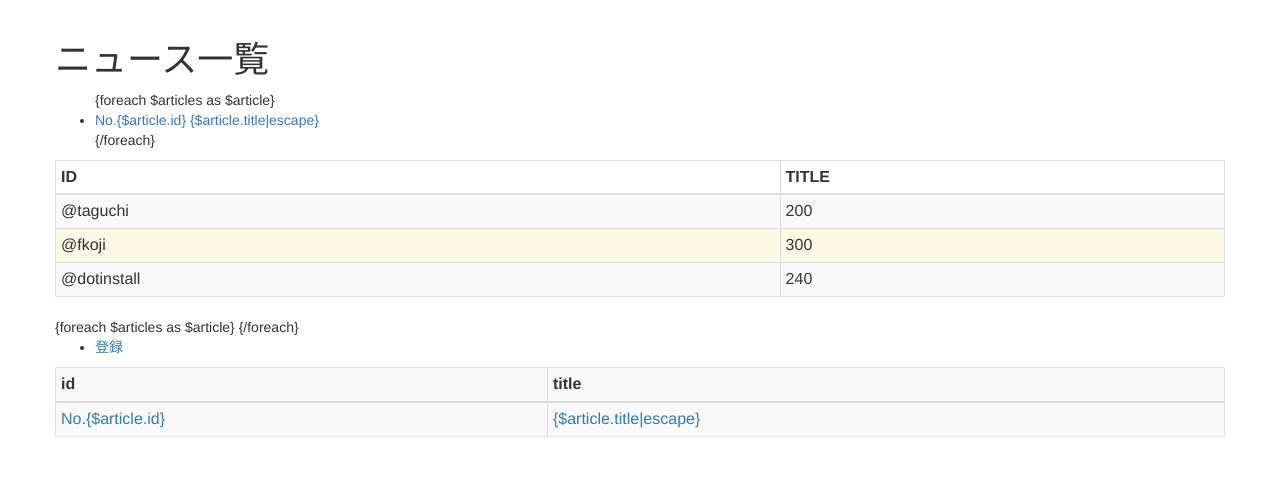
Repository: misakitaro/news-php-20160704-cl9
Page: templates/index.html
The author's editor kept a record of every edit. The page is drawn from the files as they stood at one moment, then again after the next edit.
The browser window is 1280 px wide. The pictures show the whole page.

Above is the page before.

### templates/index.html
<html lang="ja">

<head>
  <meta charset="utf-8">
  <title>ニュース</title>
  <!-- Latest compiled and minified CSS -->
  <link rel="stylesheet" href="https://maxcdn.bootstrapcdn.com/bootstrap/3.3.6/css/bootstrap.min.css" integrity="sha384-1q8mTJOASx8j1Au+a5WDVnPi2lkFfwwEAa8hDDdjZlpLegxhjVME1fgjWPGmkzs7" crossorigin="anonymous">
  <!-- Optional theme -->
  <link rel="stylesheet" href="https://maxcdn.bootstrapcdn.com/bootstrap/3.3.6/css/bootstrap-theme.min.css" integrity="sha384-fLW2N01lMqjakBkx3l/M9EahuwpSfeNvV63J5ezn3uZzapT0u7EYsXMjQV+0En5r" crossorigin="anonymous">
</head>

<body>
  <div class="container" style="padding:20px 0">
    <h1>ニュース一覧</h1>
    <ul>
      {foreach $articles as $article}
      <li><a href="view.php?id={$article.id}">No.{$article.id} {$article.title|escape}</a></li>
      {/foreach}
    </ul>

    <table class="table table-striped table-bordered table-hover table-condensed">
      <thead>
        <tr>
          <th>ID</th>
          <th>TITLE</th>
        </tr>
      </thead>
      <tbody>
        <tr>
          <td>@taguchi</td>
          <td>200</td>
        </tr>
        <tr class="warning">
          <td>@fkoji</td>
          <td>300</td>
        </tr>
        <tr>
          <td>@dotinstall</td>
          <td>240</td>
        </tr>
      </tbody>
    </table>

    <table class="table table-striped table-bordered table-hover table-condensed">
      <thread>
        <tr>
          <th>id</th>
          <th>title</th>
        </tr>
      </thread>
      <tbody>
        {foreach $articles as $article}
        <tr>
          <td><a href="view.php?id={$article.id}">No.{$article.id}</a></td>
          <td><a href="view.php?id={$article.id}"> {$article.title|escape}</a></td>
        </tr>
        {/foreach}
      </tbody>


      <ul>
        <li><a href="regist_form.php">登録</a></li>
      </ul>
  </div>
  <!-- jquery -->
  <script src="http://code.jquery.com/jquery.js"></script>
  <!-- Latest compiled and minified JavaScript -->
  <script src="https://maxcdn.bootstrapcdn.com/bootstrap/3.3.6/js/bootstrap.min.js" integrity="sha384-0mSbJDEHialfmuBBQP6A4Qrprq5OVfW37PRR3j5ELqxss1yVqOtnepnHVP9aJ7xS" crossorigin="anonymous"></script>
</body>

</html>

After the next edit:
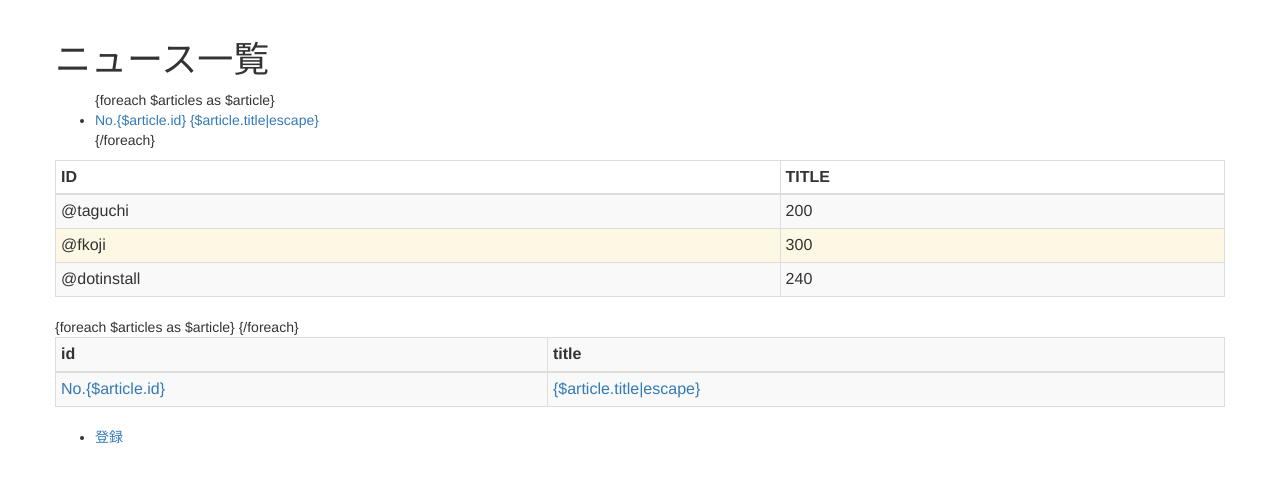
The edit:
--- a/templates/index.html
+++ b/templates/index.html
@@ -56,7 +56,7 @@
         </tr>
         {/foreach}
       </tbody>
-
+    </table>
 
       <ul>
         <li><a href="regist_form.php">登録</a></li>
